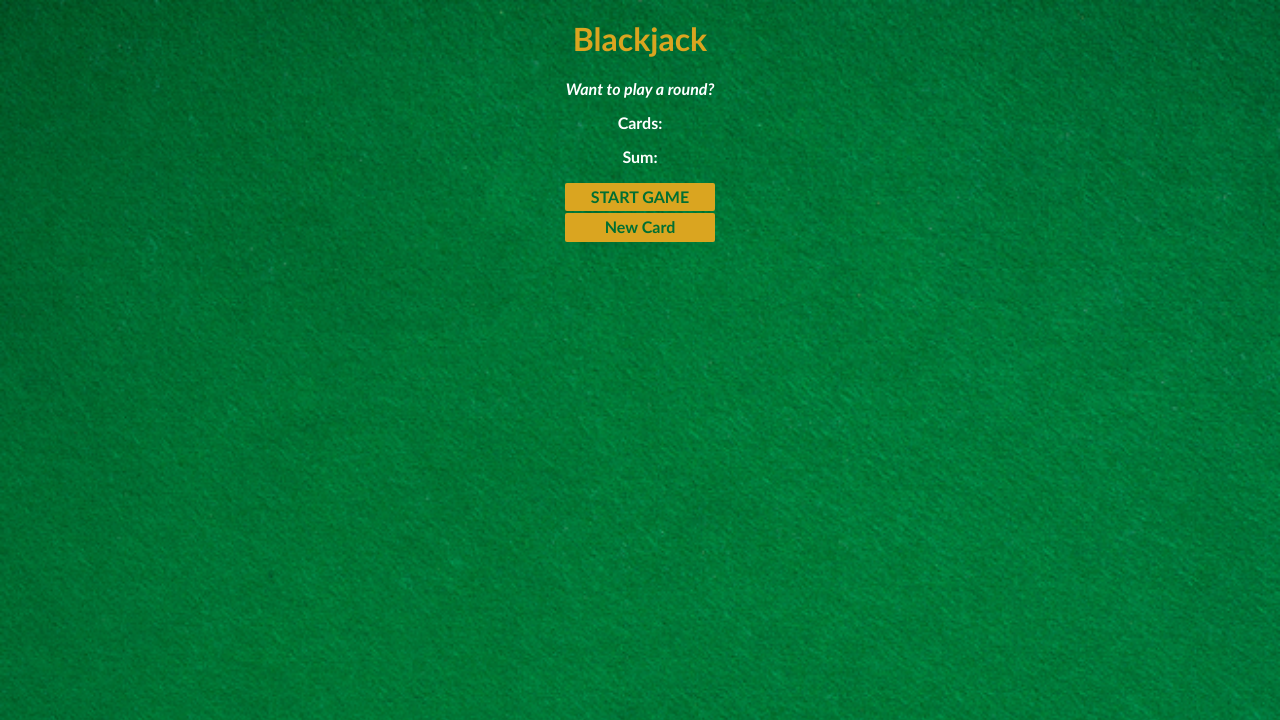
Repository: jt010051/JavaScriptBlackJack
Page: index.html
These files come from the project's save history. The page is drawn as it stood at one moment and after the next save; the edit follows.
The browser window is 1280 px wide. The pictures show the whole page.

Above is the page before, as saved 2022-02-27 15:58:41.

### index.html
<html>
    <head><link rel="stylesheet" href="https://cdnjs.cloudflare.com/ajax/libs/normalize/8.0.1/normalize.css">
        <link rel="stylesheet" href="index.css">
    </head>
    <body>
        <h1>Blackjack</h1>
        <p id="message-el">Want to play a round?</p>
        <p id="cards-el">Cards:</p>
        <p id="sum-el">Sum:</p>
        <button onclick="startGame()">START GAME</button>
        <button onclick="newCard()">New Card</button>

        <script src="index.js"></script>
    </body>
</html>

### index.css
/* Complete the CSS styling according to the provided design */

body {
  font-family: 'Trebuchet MS', 'Lucida Sans Unicode', 'Lucida Grande', 'Lucida Sans', Arial, sans-serif;
  background-image: url("images/table.png");
  background-size: cover;
  text-align: center;
  color: white;

  font-weight: bold;

}

h1 {
    color: goldenrod;
}

#message-el {
    font-style: italic;
}
button {
        display: block;
        margin: 0 auto;

    color: #016f32;
    width: 150px;
    background: goldenrod;
    padding-top: 5px;
    padding-bottom: 5px;
    font-weight: bold;
    border: none;
    border-radius: 2px;
    margin-bottom: 2px;
    margin-top: 2px;
}

### index.js


let cards =[] //array ordered list of items

let sum = 0;

let hasBlackJack =false;
let isAlive = false;
let message =""
let messageEl = document.getElementById("message-el")
let sumEl = document.getElementById("sum-el")

let cardsEl = document.getElementById("cards-el")
console.log(cards)
function getRandomCard(){
let randCard = Math.floor(Math.random()*13)+1;
if (randCard ===  1){
    return 11
}else if (randCard>10 ){
    return 10
}
else{
return randCard;

}}
function startGame(){
    isAlive=true
    let firstCard = getRandomCard();

let secondCard = getRandomCard() ;
cards =[firstCard, secondCard]
sum = firstCard+secondCard
    renderGame()
}
function renderGame(){

    cardsEl.textContent= "Cards: "
    for(let i = 0; i<cards.length; i++){
        cardsEl.textContent+= cards[i] +" "

    }
    sumEl.textContent="Sum: " +sum

    if(sum <= 20){

        message = "Do you want to draw a new Card?";
        }
        else if (sum === 21){
            message ="Wohoo! You've got Blackjack!";
        hasBlackJack = true
        }
        else{
            message ="Youre out of the game!";
            isAlive =false;
        }
messageEl.textContent=message
}

function newCard(){
if(isAlive && !hasBlackJack){
    let card =getRandomCard() ;
sum+=card;
cards.push(card)
console.log(cards)
renderGame();
}
}

After the next save:
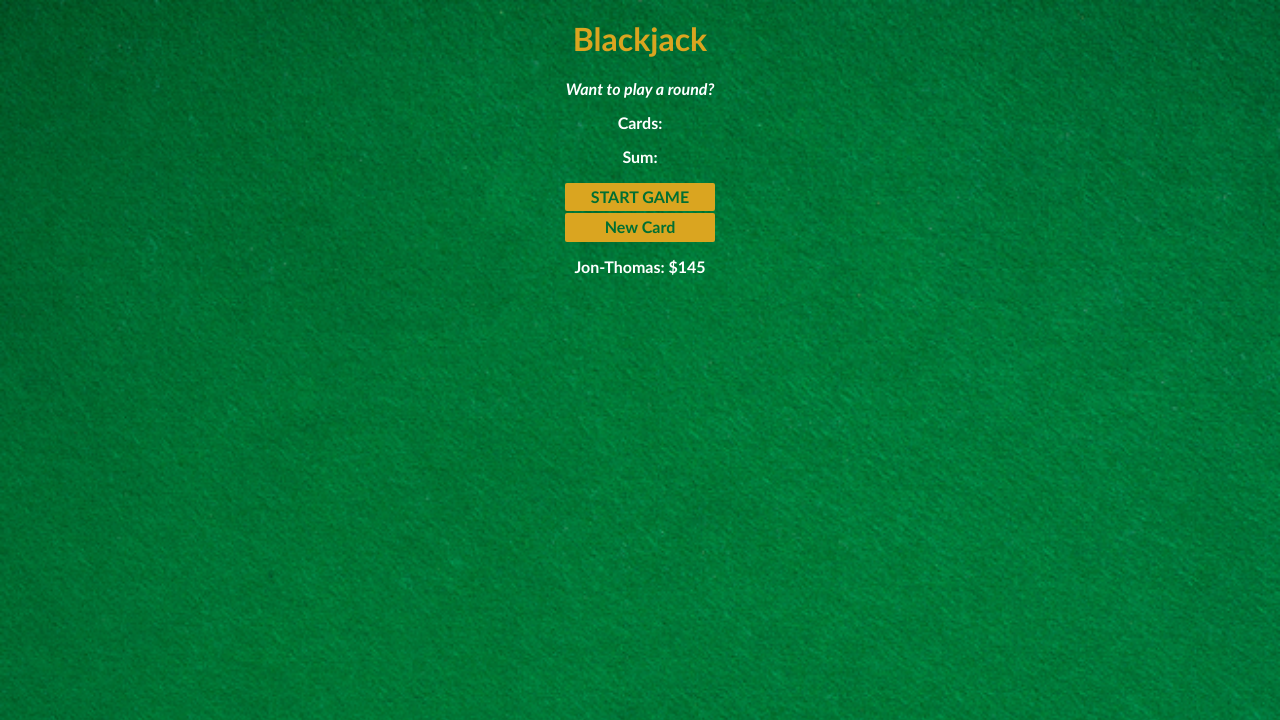
Saved 105 s later.
--- a/index.html
+++ b/index.html
@@ -9,7 +9,7 @@
         <p id="sum-el">Sum:</p>
         <button onclick="startGame()">START GAME</button>
         <button onclick="newCard()">New Card</button>
-
+<p>Jon-Thomas: $145</p>
         <script src="index.js"></script>
     </body>
 </html>

After the save that followed:
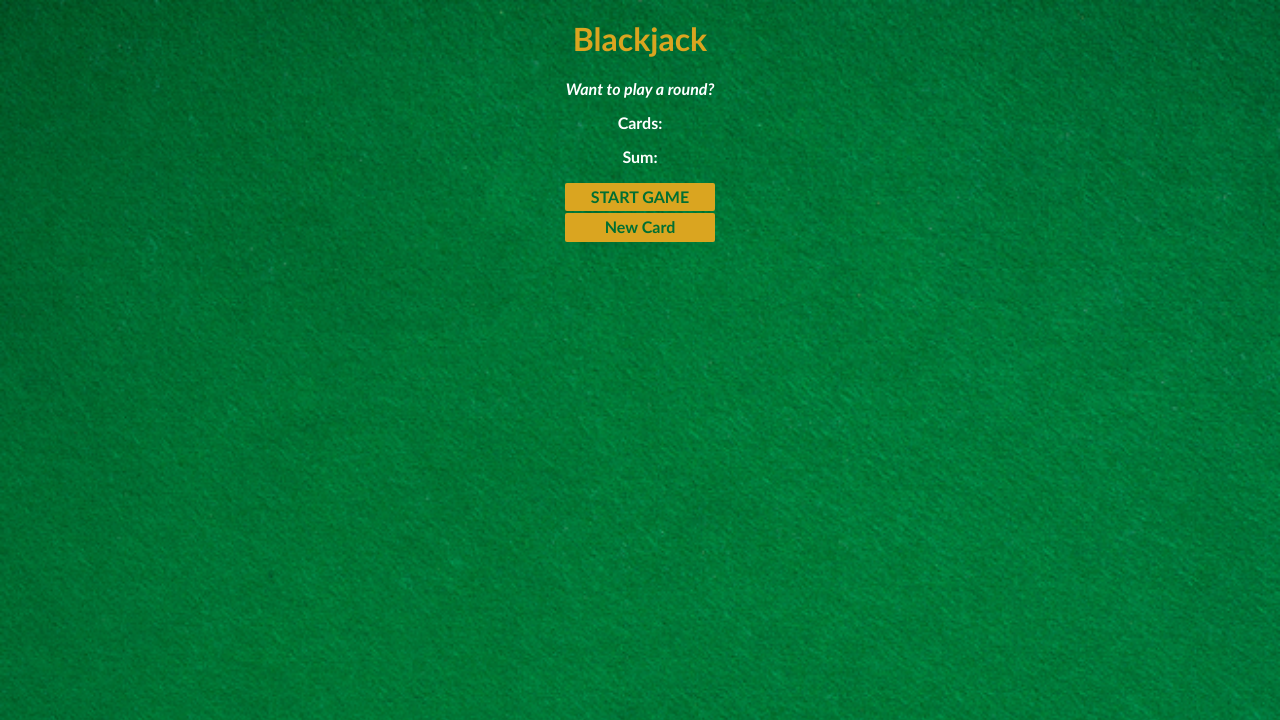
Saved 56 s later.
--- a/index.html
+++ b/index.html
@@ -9,7 +9,7 @@
         <p id="sum-el">Sum:</p>
         <button onclick="startGame()">START GAME</button>
         <button onclick="newCard()">New Card</button>
-<p>Jon-Thomas: $145</p>
+<p id ="player-el"></p>
         <script src="index.js"></script>
     </body>
 </html>
